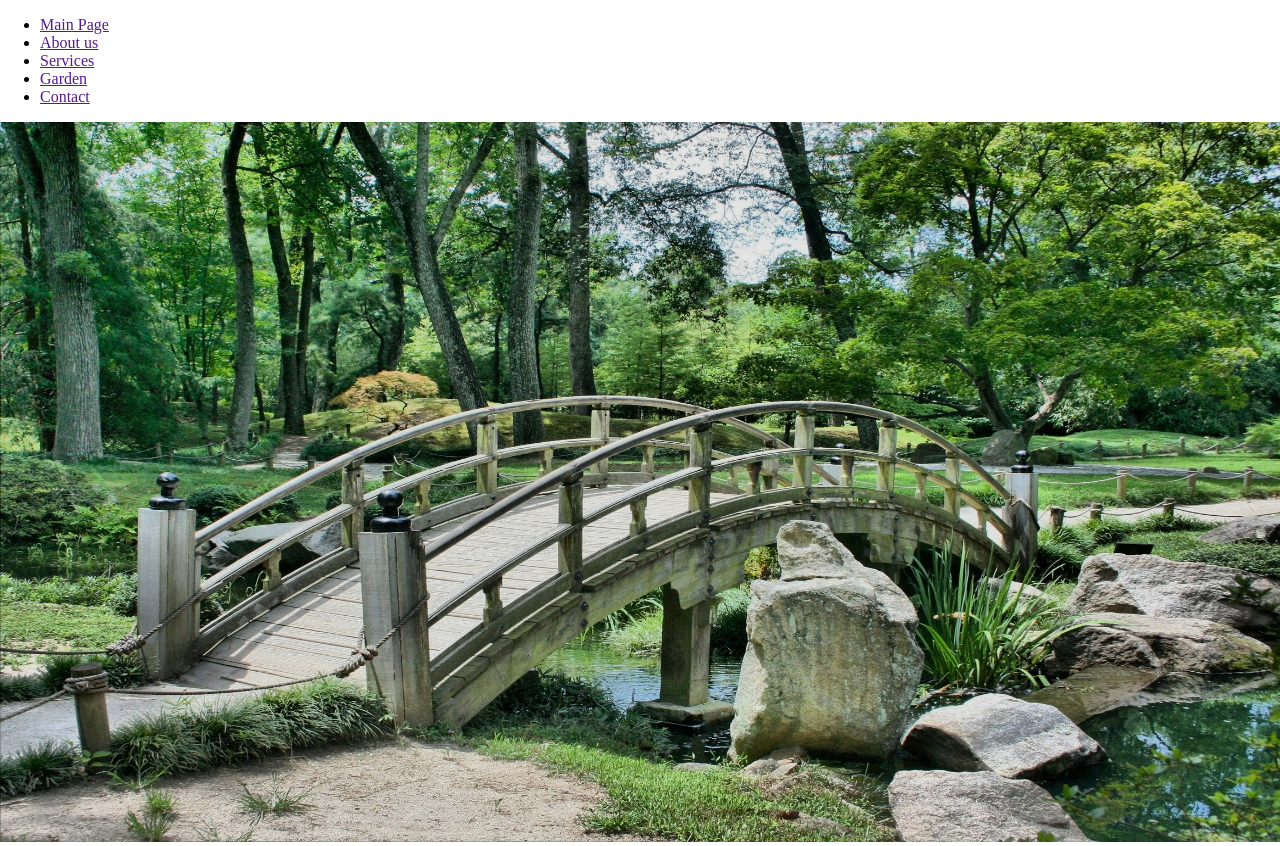
Repository: PatryxB/garden
Page: http://localhost/
These files come from the project's save history. The page is drawn as it stood at one moment and after the next save; the edit follows.
The browser window is 1280 px wide. The pictures show the whole page.
The page is served by the project's Laravel application, run on PHP 8.4 with Laravel 8. Style sheets and scripts are compiled from the project's sources, by tool versions that may differ from the author's.

Above is the page before, as saved 2020-05-01 20:56:54.

After the next save:
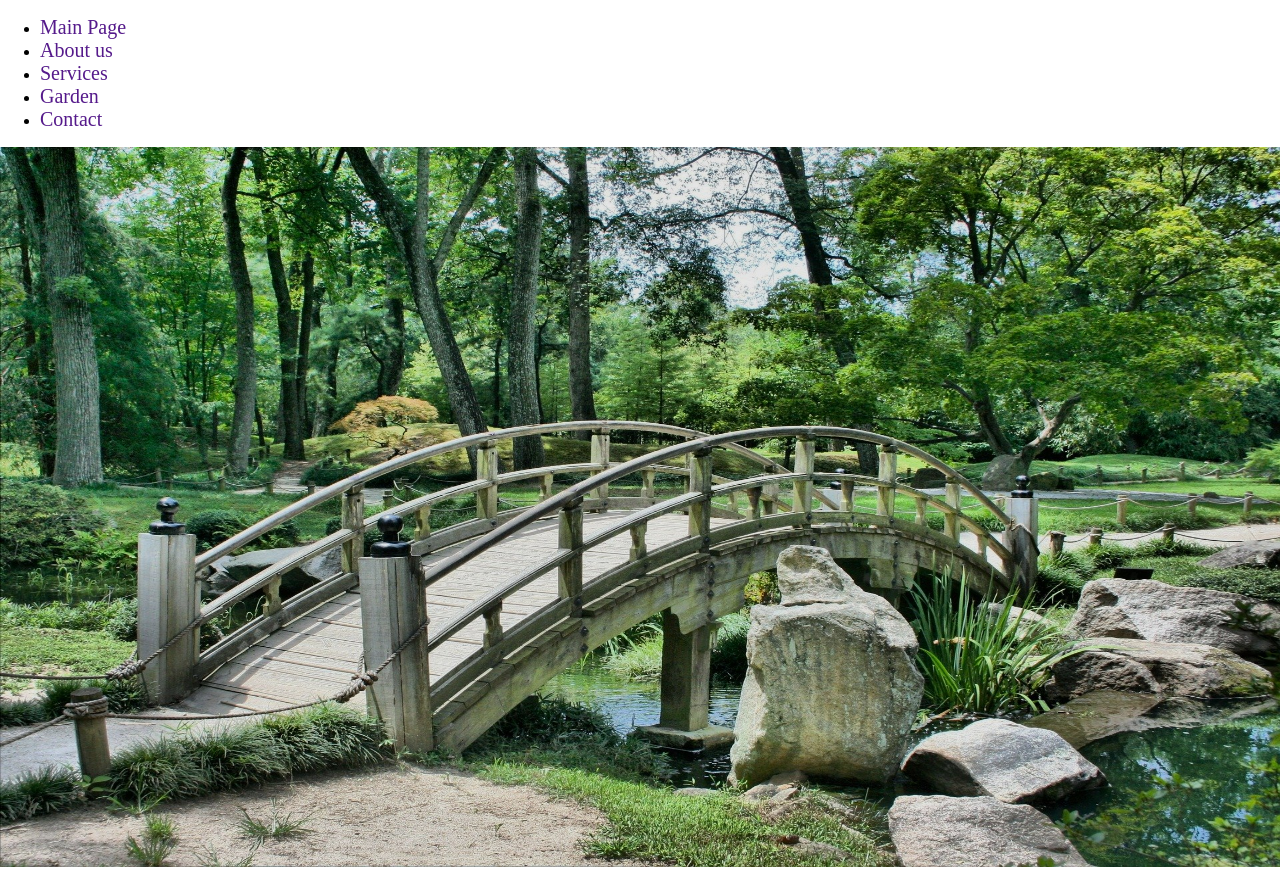
Saved 50 s later.
--- a/resources/sass/app.scss
+++ b/resources/sass/app.scss
@@ -6,6 +6,11 @@ html, body{
 nav{
     width: 100%;
 }
+a{
+    text-decoration: none;
+    font-size: 20px;
+    display: inline-block;
+}
 .banner img{
     width: 100%;
     height: 100vh;
